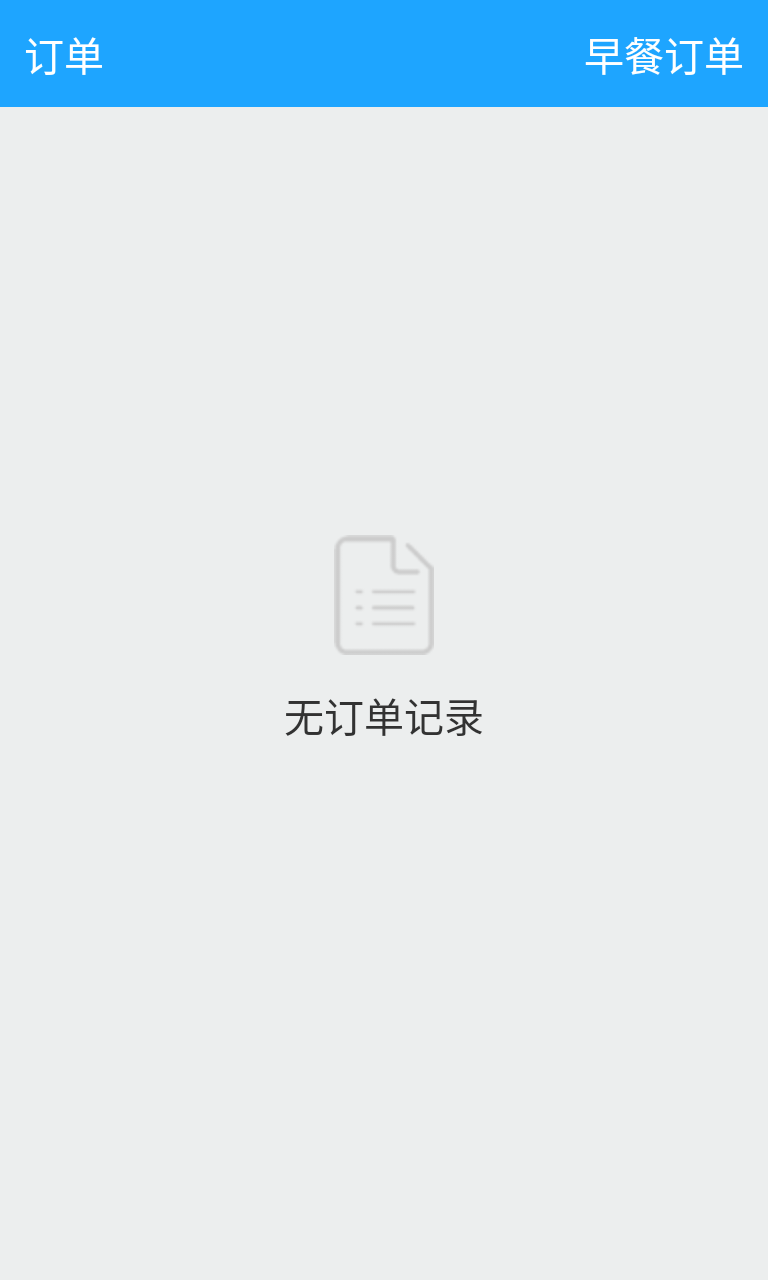
Repository: shi1hh/v
Layout: HungryTest/res/layout/fragment_dingdan.xml
An editor plug-in stored every save of this project. The layout is shown before and after the next save, followed by the edit.
It is drawn on a 768 x 1280 px phone screen (xhdpi) without system bars, with theme android:Theme.Light.NoTitleBar; the app's code is not run.

Above is the layout before, as saved 2015-10-24 16:01:51.

### HungryTest/res/layout/fragment_dingdan.xml
<?xml version="1.0" encoding="utf-8"?>
<RelativeLayout xmlns:android="http://schemas.android.com/apk/res/android"
    android:id="@+id/RelativeLayout1"
    android:layout_width="match_parent"
    android:layout_height="match_parent"
    android:background="@color/blackground2"
    android:orientation="vertical" >
<RelativeLayout
    android:layout_width="match_parent"
    android:layout_height="wrap_content"
    android:background="@color/blackground"
    >
    <TextView
        android:layout_width="wrap_content"
        android:layout_height="wrap_content"
        android:layout_alignParentLeft="true"
        android:layout_alignParentTop="true"
        style="@style/normal_text"
        android:text="订单" />

    <Button
        android:id="@+id/button_dingdan_breakfast"
        android:layout_width="wrap_content"
        android:layout_height="wrap_content"
        android:layout_alignParentRight="true"
        android:layout_centerVertical="true"
        android:background="@color/blackground"
        style="@style/normal_text"
        android:text="早餐订单" />

</RelativeLayout>

<TextView
    android:id="@+id/textView1"
    android:layout_width="wrap_content"
    android:layout_height="wrap_content"
    android:layout_centerHorizontal="true"
    android:layout_centerVertical="true"
    android:textSize="20sp"
    android:drawablePadding="15dp"
    android:drawableTop="@drawable/nodingdan"
    android:text="无订单记录" />

</RelativeLayout>

### HungryTest/res/values/color.xml
<?xml version="1.0" encoding="utf-8"?>
<resources>
    <color name="sum">#ffffff</color>
    <color name="balance">#00FF7F</color>
    <color name="balance_text">#ffffff</color>
    <color name="lvlft_select">#ffffff</color>
    <color name="lvlft_black">#CFCFCF</color>
    <color name="white">#ffffff</color>
    <color name="navigation_bg">#F6F6F6</color>
      <color name="blackground">#1EA5FF</color>
      <color name="text_gray">#CCCCCC</color>
      <color name="waimai_divider">#EEEEEC</color>
      <color name="normal_text">#ffffff</color>
      <color name="blackground2">#eceeee</color>
</resources>

### HungryTest/res/values/styles.xml
<resources xmlns:android="http://schemas.android.com/apk/res/android">

    <!--
        Base application theme, dependent on API level. This theme is replaced
        by AppBaseTheme from res/values-vXX/styles.xml on newer devices.



    -->
    <style name="AppBaseTheme" parent="Theme.AppCompat.Light">
        <!--
            Theme customizations available in newer API levels can go in
            res/values-vXX/styles.xml, while customizations related to
            backward-compatibility can go here.



        -->
    </style>

    <!-- Application theme. -->
    <style name="AppTheme" parent="AppBaseTheme">
        <!-- All customizations that are NOT specific to a particular API-level can go here. -->
    </style>

    <style name="text">
        <item name="android:textSize">10sp</item>
        <item name="android:gravity">center_horizontal</item>
    </style>

    <style name="waimai_tb_text">
        <item name="android:textSize">13sp</item>
        <item name="android:gravity">center_horizontal</item>
    </style>

    <style name="waimai_money_text">
        <item name="android:textColor">#FF3030</item>
        <item name="android:textSize">20sp</item>
    </style>
    <style name="back">
        <item name="android:textColor">#ffffff</item>
       <item name="android:textSize">20sp</item>
       <item name="android:text">←</item>
    </style>

    <style name="waimai_store_name_textsize">
        <item name="android:textSize">20sp</item>
    </style>

    <style name="normal_text">
        <item name="android:textSize">20sp</item>
        <item name="android:textColor">#ffffff</item>
        <item name="android:padding">12dp</item>
    </style>

</resources>

After the next save:
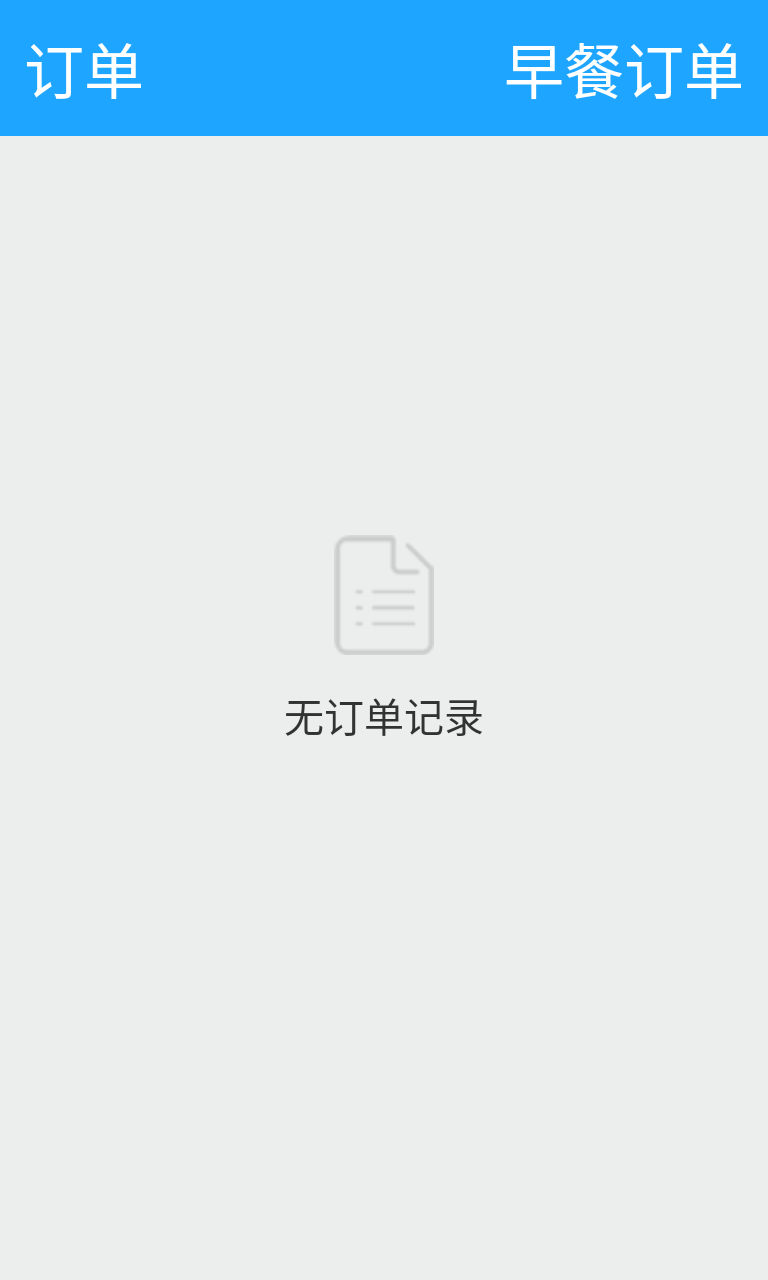
Saved 3 min 16 s later.
--- a/HungryTest/res/values/styles.xml
+++ b/HungryTest/res/values/styles.xml
@@ -48,7 +48,7 @@
     </style>
 
     <style name="normal_text">
-        <item name="android:textSize">20sp</item>
+        <item name="android:textSize">30sp</item>
         <item name="android:textColor">#ffffff</item>
         <item name="android:padding">12dp</item>
     </style>
